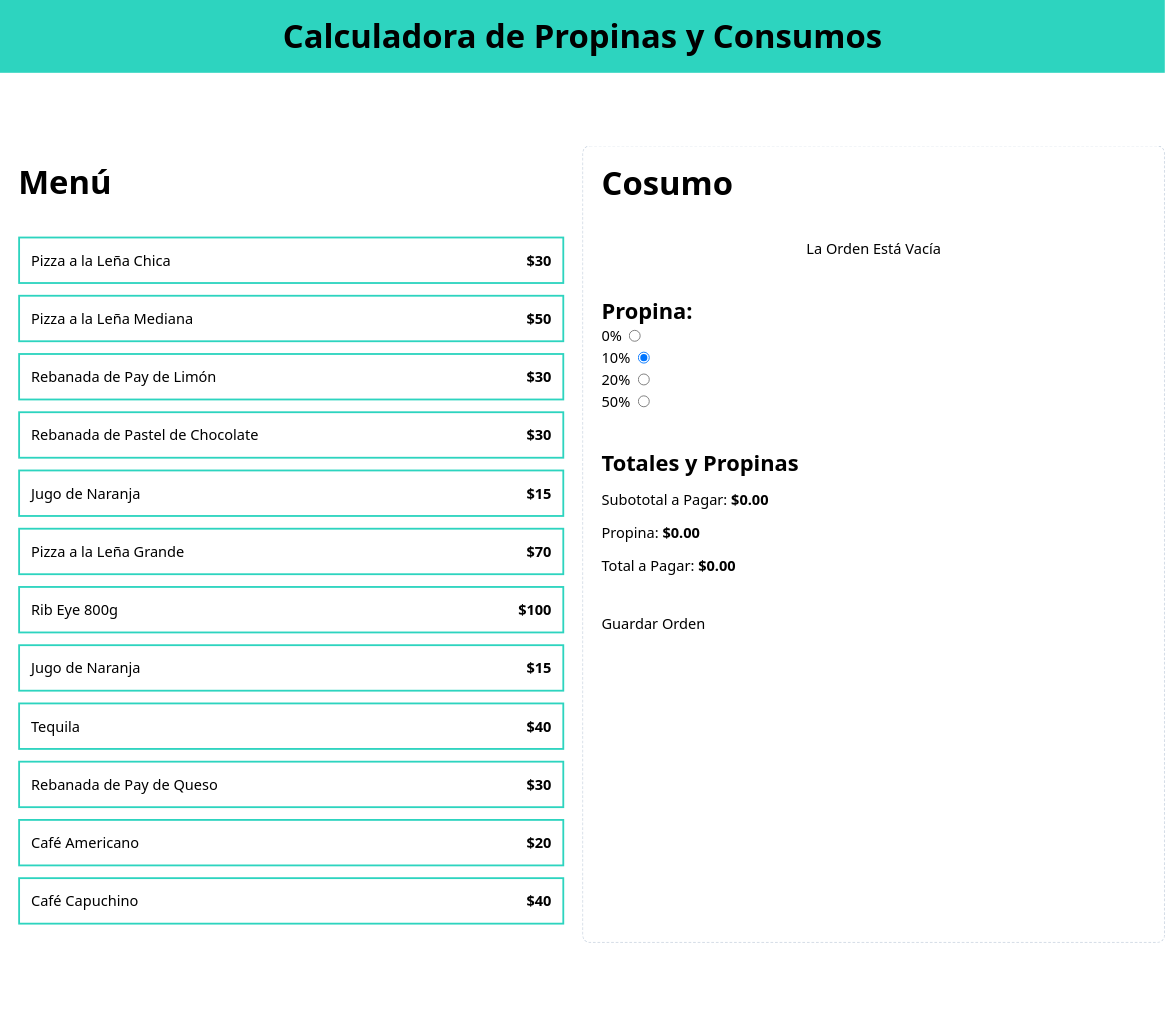
Repository: Matiiu/tip-calculator
Page: /
An editor plug-in stored every save of this project. The page is shown before and after the next save, followed by the edit.
The browser window is 1280 px wide. The pictures show the whole page, at 91% of full size.
The project was rebuilt for these pictures with package versions that can differ from the ones it lists, and the page was loaded fresh each time. Also part of the build but not shown: vite.config.ts. Imported but missing from the stored project, and not drawn on this page: .history/src/helpers/index_20240329155241.

Above is the page before, as saved 2024-03-30 14:40:59.

### src/App.tsx
import Header from "./components/Header";
import { menuItems } from "./api/db";
import MenuItem from "./components/MenuItem";
import useOrder from "./hooks/useOrder";
import OrderContents from "./components/OrderContents";
import OrderTotal from "./components/OrderTotal";
import TipPorcentageForm from "./components/TipPorcentageForm";

export default function App() {
  const {
    order,
    tip,
    setTip,
    addItem,
    removeItem,
    subtotal,
    tipAmount,
    total,
  } = useOrder();

  return (
    <>
      <Header />

      <main className="max-w-7xl mx-auto py-20 grid md:grid-cols-2">
        <div className="p-5">
          <h2 className="text-4xl font-black">Menú</h2>

          <section className="space-y-3 mt-10">
            {menuItems.map((item) => (
              <MenuItem key={item.id} item={item} addItem={addItem} />
            ))}
          </section>
        </div>

        <div className=" border border-dashed border-slate-300 p-5 rounded-lg space-y-10">
          <OrderContents order={order} removeItem={removeItem} />
          <TipPorcentageForm tip={tip} setTip={setTip} />
          <OrderTotal subtotal={subtotal} tipAmount={tipAmount} total={total} />
        </div>
      </main>
    </>
  );
}

### src/components/Header.tsx
export default function Header() {
  return (
    <header className="bg-teal-400 py-5">
        <h1 className="text-center text-4xl font-black">Calculadora de Propinas y Consumos</h1>
    </header>
  )
}

### src/api/db.ts
import type { MenuItem } from '../types';

export const menuItems: MenuItem[] = [
  {
    id: 1,
    name: "Pizza a la Leña Chica",
    price: 30,
  },
  {
    id: 2,
    name: "Pizza a la Leña Mediana",
    price: 50,
  },
  {
    id: 3,
    name: "Rebanada de Pay de Limón",
    price: 30,
  },
  {
    id: 4,
    name: "Rebanada de Pastel de Chocolate",
    price: 30,
  },
  {
    id: 5,
    name: "Jugo de Naranja",
    price: 15,
  },
  {
    id: 6,
    name: "Pizza a la Leña Grande",
    price: 70,
  },
  {
    id: 7,
    name: "Rib Eye 800g",
    price: 100,
  },
  {
    id: 8,
    name: "Jugo de Naranja",
    price: 15,
  },
  {
    id: 9,
    name: "Tequila",
    price: 40,
  },
  {
    id: 10,
    name: "Rebanada de Pay de Queso",
    price: 30,
  },
  {
    id: 11,
    name: "Café Americano",
    price: 20,
  },
  {
    id: 12,
    name: "Café Capuchino",
    price: 40,
  },
];

### src/components/MenuItem.tsx
import type { MenuItem } from "../types";

type MenuItemProps = {
  item: MenuItem;
  addItem: (item: MenuItem) => void;
};

export default function MenuItem({ item, addItem }: MenuItemProps) {
  return (
    <button
        className="border-2 border-teal-400 hover:bg-teal-200 w-full p-3 flex justify-between"
        onClick={() => addItem(item)}
    >
      <p>{item.name}</p>
      <p className="font-black">${item.price}</p>
    </button>
  );
}

### src/hooks/useOrder.ts
import { useMemo, useState } from "react";
import type { MenuItem, OrderItem } from "../types";

export default function useOrder() {
  const [order, setOrder] = useState<OrderItem[]>([]);
  const [tip, setTip] = useState(0.1);

  function addItem(item: MenuItem) {
    // Buscar la posición del objeto (si es que existe)
    const idFound = order.findIndex(({ id }) => id === item.id);
    if (idFound >= 0) {
      const updateOrder = [...order];
      updateOrder[idFound].quantity++;
      setOrder(updateOrder);
      return;
    }
    setOrder([...order, { ...item, quantity: 1 }]);
  }

  function removeItem(id: MenuItem["id"]) {
    setOrder(order.filter((item) => item.id !== id));
  }

  const subtotal = useMemo(
    () =>
      order.reduce(
        (total, current) => total + current.price * current.quantity,
        0
      ),
    [order]
  );
  const tipAmount = useMemo(() => subtotal * tip, [subtotal, tip]);
  const total = useMemo(() => subtotal + tipAmount, [subtotal, tipAmount]);

  return {
    order,
    tip,
    setTip,
    addItem,
    removeItem,
    subtotal,
    tipAmount,
    total,
  };
}

### src/components/OrderContents.tsx
import { MenuItem, OrderItem } from "../types";
import { formatCurrency } from "../../.history/src/helpers/index_20240329155241";

type OrderContentsProps = {
  order: OrderItem[];
  removeItem: (id: MenuItem["id"]) => void;
};

export default function OrderContents({
  order,
  removeItem,
}: OrderContentsProps) {
  return (
    <div>
      <h2 className="font-black text-4xl">Cosumo</h2>

      <section className="space-y-3 mt-10">
        {!order.length ? (
          <p className="text-center">La Orden Está Vacía</p>
        ) : (
          order.map((item) => (
            <div
              className="flex justify-between items-center border-t border-gray-200 py-5 last-of-type:border-b"
              key={item.id}
            >
              <div>
                <p className="text-lg">
                  {item.name} - {item.price}
                </p>
                <p className="font-black">
                  Cantidad: {item.quantity} -{" "}
                  {formatCurrency(item.price * item.quantity)}
                </p>
              </div>

              <button
                className="bg-red-600 h-8 w-8 rounded-full text-white font-black"
                onClick={() => removeItem(item.id)}
              >
                X
              </button>
            </div>
          ))
        )}
      </section>
    </div>
  );
}

### src/components/OrderTotal.tsx
import { formatCurrency } from "../helpers";

type OrderTotalProps = {
  subtotal: number;
  tipAmount: number;
  total: number;
};

export default function OrderTotal({
  subtotal,
  tipAmount,
  total,
}: OrderTotalProps) {
  return (
    <>
      <div className="space-y-3">
        <h2 className="font-black text-2xl">Totales y Propinas</h2>
        <p>
          Subototal a Pagar: <b>{formatCurrency(subtotal)}</b>
        </p>

        <p>
          Propina: <b>{formatCurrency(tipAmount)}</b>
        </p>

        <p>
          Total a Pagar: <b>{formatCurrency(total)}</b>
        </p>
      </div>

      <button className="">
        Guardar Orden
      </button>
    </>
  );
}

### src/components/TipPorcentageForm.tsx
const tipOptions = [
  {
    id: "tip-0",
    value: 0,
    label: "0%",
  },
  {
    id: "tip-10",
    value: 0.1,
    label: "10%",
  },
  {
    id: "tip-20",
    value: 0.2,
    label: "20%",
  },
  {
    id: "tip-50",
    value: 0.5,
    label: "50%",
  },
];

type TipPorcentageFormProps = {
  tip: number;
  setTip: React.Dispatch<React.SetStateAction<number>>;
};

export default function TipPorcentageForm({
  tip,
  setTip,
}: TipPorcentageFormProps) {
  return (
    <div>
      <h3 className="font-black text-2xl">Propina:</h3>

      <form>
        {tipOptions.map((option) => (
          <div key={option.id} className="flex gap-2">
            <label htmlFor={option.id}>{option.label}</label>
            <input
              onChange={() => setTip(option.value)}
              id={option.id}
              type="radio"
              name="tip"
              value={option.value}
              checked={option.value === tip}
            />
          </div>
        ))}
      </form>
    </div>
  );
}

### src/helpers/index.ts
export function formatCurrency(quantity: number) {
    return new Intl.NumberFormat('en-US', {
        style: 'currency', currency: 'USD'
    }).format(quantity);
}

Loaded but not shown: index.html (common file); src/main.tsx (common file); src/index.css (common file); tailwind.config.js (common file)

After the next save:
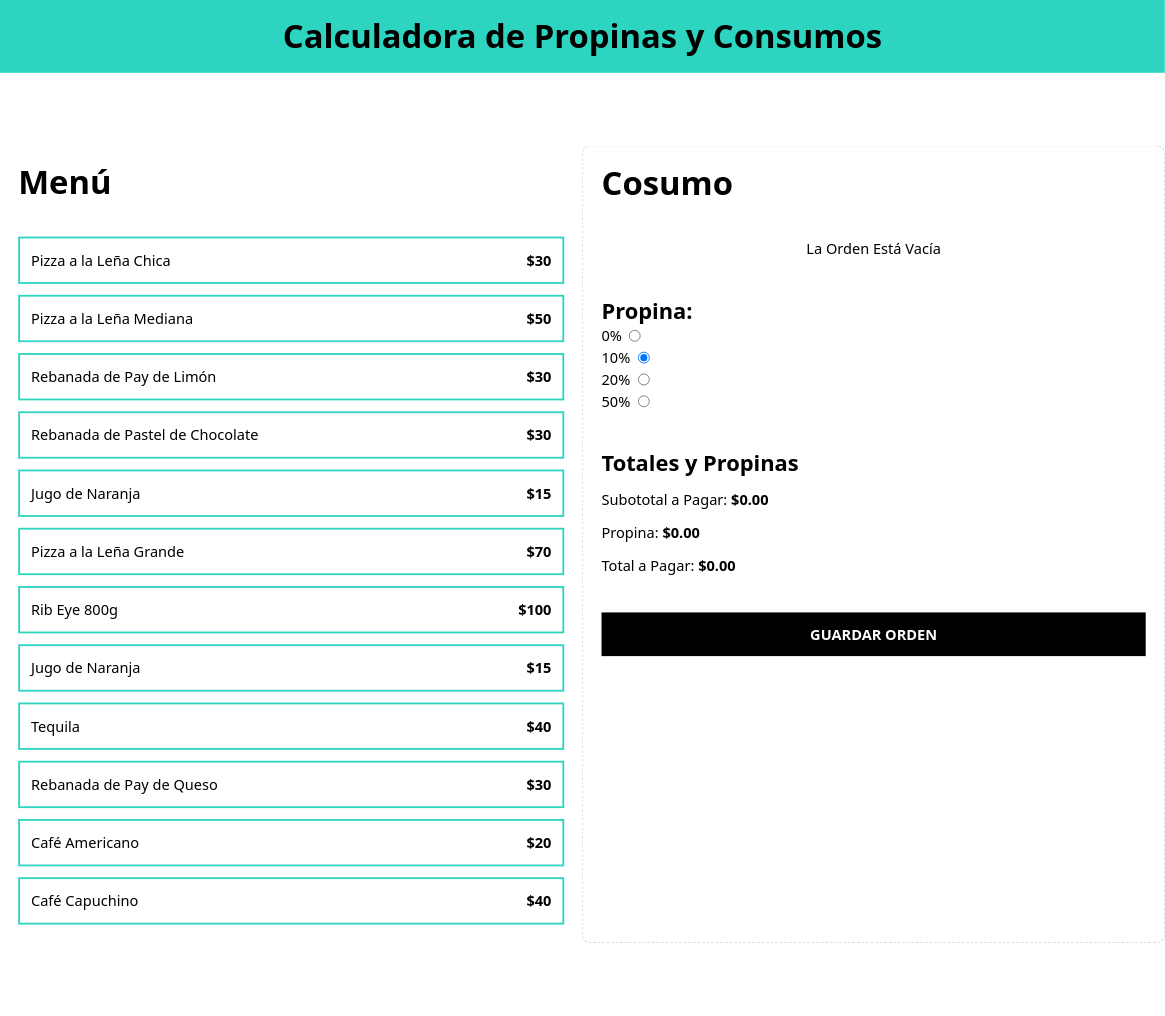
Saved 51 s later.
--- a/src/components/OrderTotal.tsx
+++ b/src/components/OrderTotal.tsx
@@ -28,7 +28,7 @@ export default function OrderTotal({
         </p>
       </div>
 
-      <button className="">
+      <button className="w-full bg-black p-3 uppercase text-white font-bold  mt-3">
         Guardar Orden
       </button>
     </>
